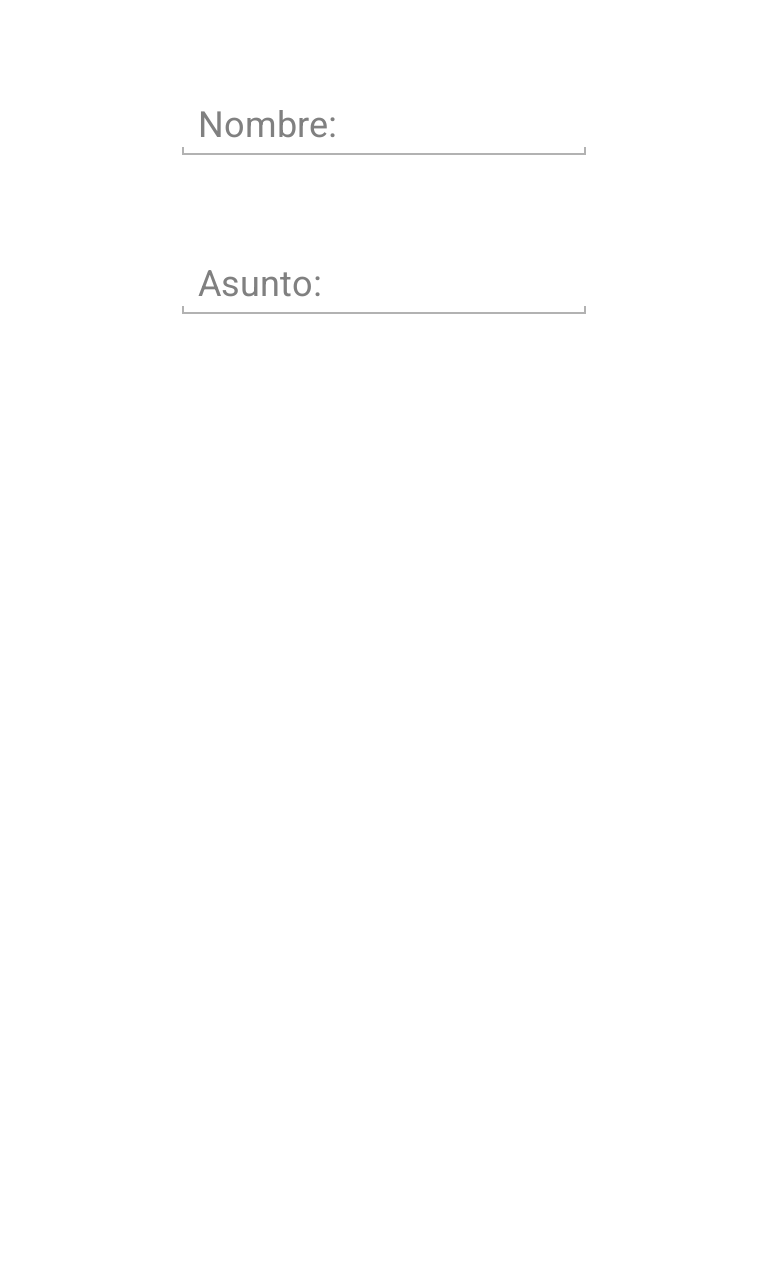
Repository: armandobs94/Dental.App
Layout: AplicacionMovil/DentalApp/Dental.App/res/layout/contacto_main.xml
The author's editor kept a copy of each file at every save. The layout is drawn from the files as they stood at one save, then again after the next save.
It is drawn on a 768 x 1280 px phone screen (xhdpi) without system bars, with theme AppTheme; the app's code is not run.

Above is the layout before, as saved 2015-06-10 23:49:57.

### AplicacionMovil/DentalApp/Dental.App/res/layout/contacto_main.xml
<?xml version="1.0" encoding="utf-8"?>
<RelativeLayout xmlns:android="http://schemas.android.com/apk/res/android"
    android:layout_width="match_parent"
    android:layout_height="match_parent"
    android:orientation="vertical" >

    <EditText
        android:id="@+id/editText1"
        android:layout_width="wrap_content"
        android:layout_height="wrap_content"
        android:layout_alignParentTop="true"
        android:layout_centerHorizontal="true"
        android:layout_marginTop="42dp"
        android:hint="@string/campoNombre"
        android:ems="10"/>

    <EditText
        android:id="@+id/editText2"
        android:layout_width="wrap_content"
        android:layout_height="wrap_content"
        android:layout_alignLeft="@+id/editText1"
        android:layout_below="@+id/editText1"
        android:layout_marginTop="40dp"
        android:hint="@string/campoAsunto"
        android:ems="10" />

    <EditText
        android:id="@+id/editText3"
        android:layout_alignLeft="@+id/editText2"
        android:layout_alignRight="@+id/editText2"
        android:layout_below="@+id/editText2"
        android:layout_marginTop="34dp"
        android:hint="@string/campoComentario"
        android:inputType="textMultiLine"
        android:width="120dp"
        android:height="200dp" >

        <requestFocus />
    </EditText>

</RelativeLayout>

### AplicacionMovil/DentalApp/Dental.App/res/values/strings.xml
<?xml version="1.0" encoding="utf-8"?>
<resources>

    <string name="app_name">Dental.App</string>
    <string name="action_settings">Settings</string>
    <string name="hello_world">Hello world!</string>
    <string name="Usuario">Usuario:</string>
    <string name="Contra">Contraseña:</string>
    <string name="Entrar">Entrar</string>
    <string name="campoNombre">Nombre:</string>
    <string name="campoAsunto">Asunto:</string>
    <string name="campoComentario">Comentario:</string>

</resources>

Loaded but not shown: AplicacionMovil/DentalApp/Dental.App/res/values/styles.xml (common file); AplicacionMovil/DentalApp/Dental.App/res/values-v11/styles.xml (common file); AplicacionMovil/DentalApp/Dental.App/res/values-v14/styles.xml (common file)

After the next save:
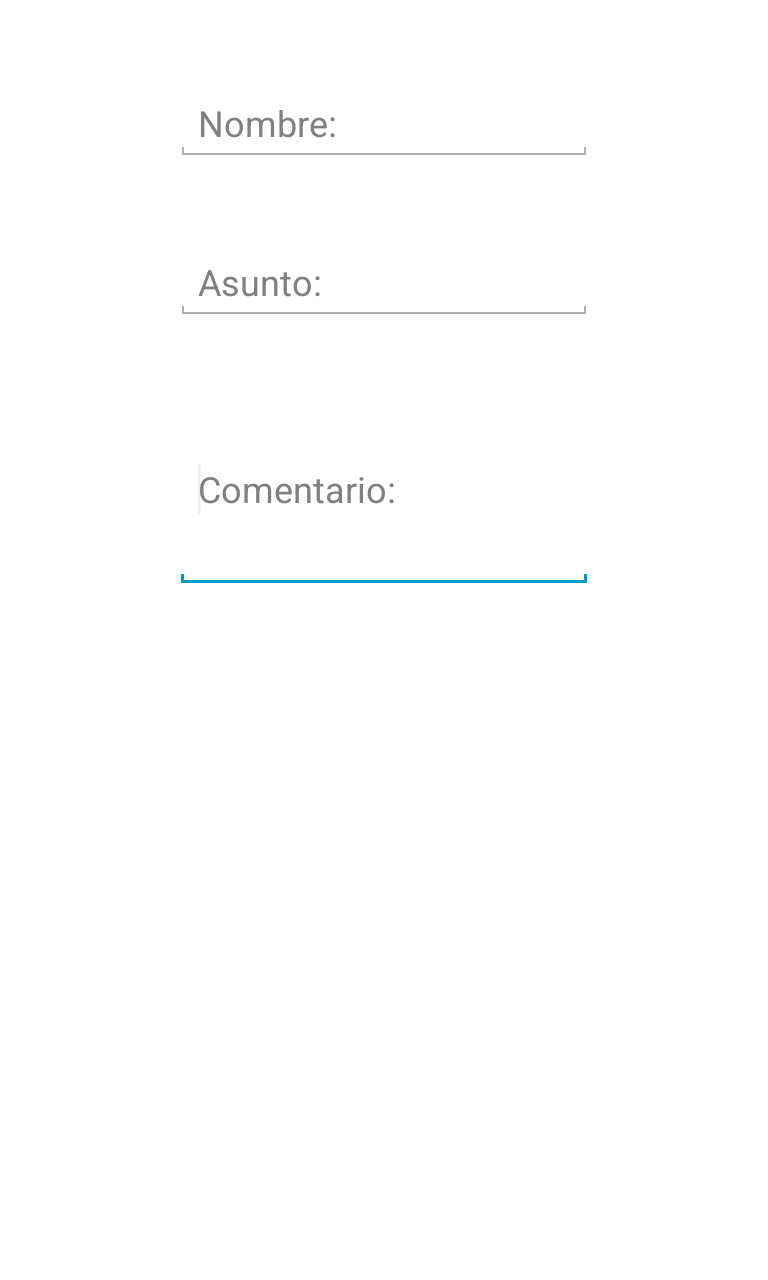
Saved 36 s later.
--- a/AplicacionMovil/DentalApp/Dental.App/res/layout/contacto_main.xml
+++ b/AplicacionMovil/DentalApp/Dental.App/res/layout/contacto_main.xml
@@ -26,14 +26,16 @@
 
     <EditText
         android:id="@+id/editText3"
+        android:layout_width="wrap_content"
+        android:layout_height="wrap_content"
         android:layout_alignLeft="@+id/editText2"
         android:layout_alignRight="@+id/editText2"
         android:layout_below="@+id/editText2"
         android:layout_marginTop="34dp"
+        android:height="100dp"
         android:hint="@string/campoComentario"
         android:inputType="textMultiLine"
-        android:width="120dp"
-        android:height="200dp" >
+        android:width="120dp" >
 
         <requestFocus />
     </EditText>
